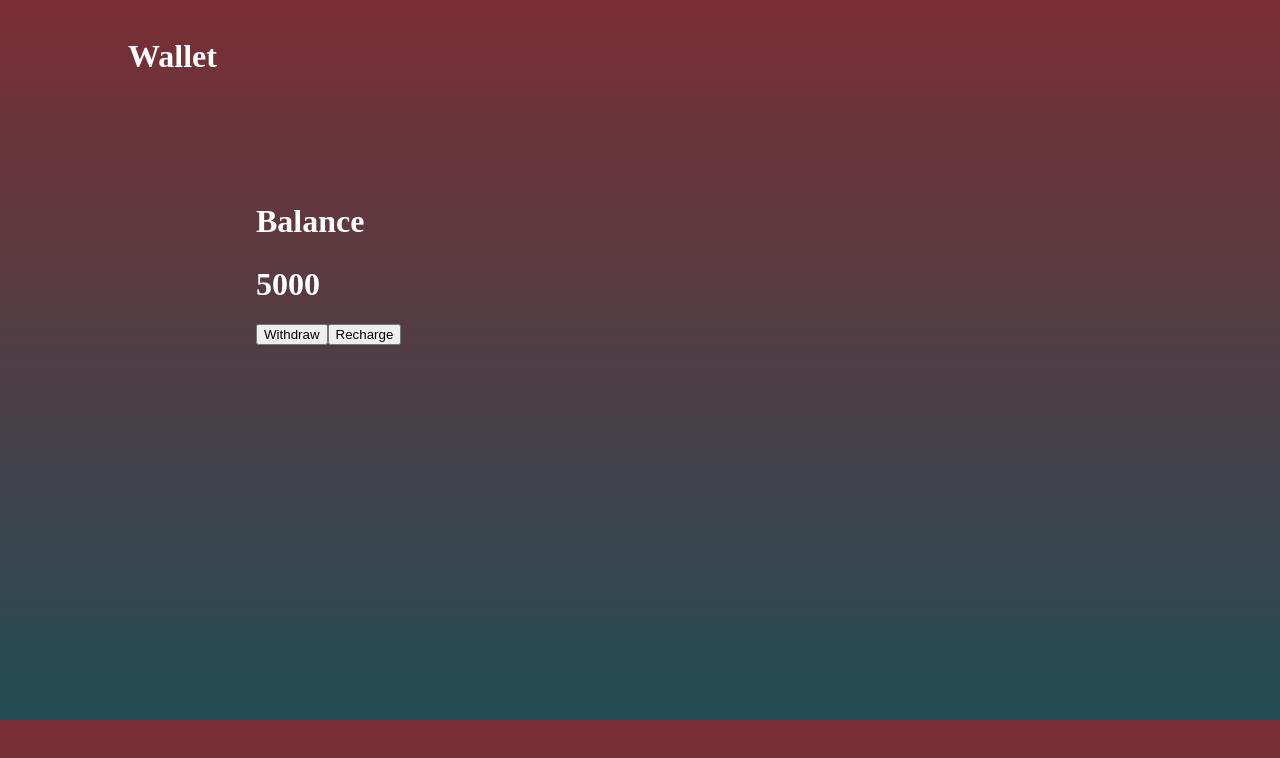
Repository: jagan607/N-Kalari
Page: /
The author's editor kept a copy of each file at every save. The page is drawn from the files as they stood at one save, then again after the next save.
The browser window is 1280 px wide. The pictures show the whole page.
The project was rebuilt for these pictures with package versions that can differ from the ones it lists, and the page was loaded fresh each time. Also part of the build but not shown: src/App.css, src/helpers/firebase.js, src/components/Login/Login.js.

Above is the page before, as saved 2022-01-07 17:22:58.

### src/index.css
body,
html,
.App,
#root,
.main {
  width: 100%;
  height:100%;
  scroll-behavior: smooth;

}
body{
    margin: 0;
    padding: 0;
    text-align: center;
    background-image: linear-gradient(#7A2F35, #234C54);
  }

### src/App.js
import logo from './logo.svg';
import './App.css';
import React, { Component } from "react"
import Login from './components/Login/Login'
import Wallet from './components/wallet/Wallet'
import {history} from './helpers/history'
import {Router, Route, Routes } from "react-router-dom";


class App extends Component {
  constructor(props) {
    super(props);
  }

  render() {
    return(
      <div>
        {/* <Login></Login> */}

        <Wallet></Wallet>

          {/* <Route exact path="/">
          </Route> */}
          {/* <Route exact path="/wallet">
            <Wallet/>
          </Route> */}
     </div>
    );
}
}

export default App;

### src/components/wallet/Wallet.js
import React, { Component } from "react"
import styles from './index.css';

class Wallet extends Component{
    constructor(props){
        super(props);


    }

    render(){
        return(
            <div>
            <div className="balance">
            <h1 className="heading">Wallet</h1>
            <h1 className="balance-heading">Balance </h1>
            <h1 className="balance-value">5000</h1>
            </div>
            <div className="buttons">
                <button>Withdraw</button>
                <button>Recharge</button>

            </div>
            </div>

        )
    }
}
export default Wallet;

### src/components/wallet/index.css
.heading{
    color: white;
    text-align: left;
    margin-left: 10%;
    margin-top: 3%;
}

.balance-heading{
    color :white;
    text-align: left;
    margin-left: 20%;
    margin-top: 10%;
}

.balance-value{
    color :white;
    text-align: left;
    margin-left: 20%;
    margin-top: 2%;
}

.buttons{
    float: left;
    margin-left: 20%;
    padding-right: 2%;

}

Loaded but not shown: public/index.html (common file); src/index.js (common file); src/reportWebVitals.js (common file); src/helpers/history.js (common file)

After the next save:
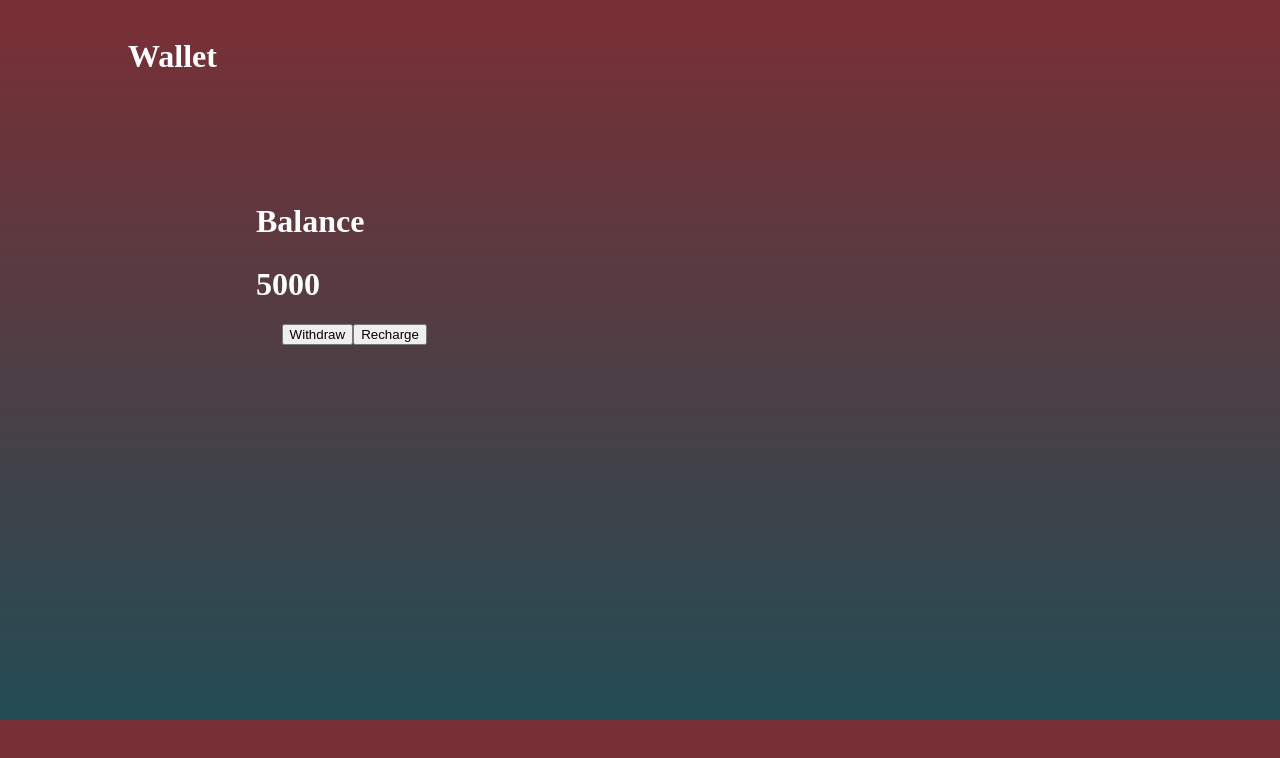
Saved 10 s later.
--- a/src/components/wallet/index.css
+++ b/src/components/wallet/index.css
@@ -22,6 +22,6 @@
 .buttons{
     float: left;
     margin-left: 20%;
-    padding-right: 2%;
+    padding-left: 2%;
 
 }

After the save that followed:
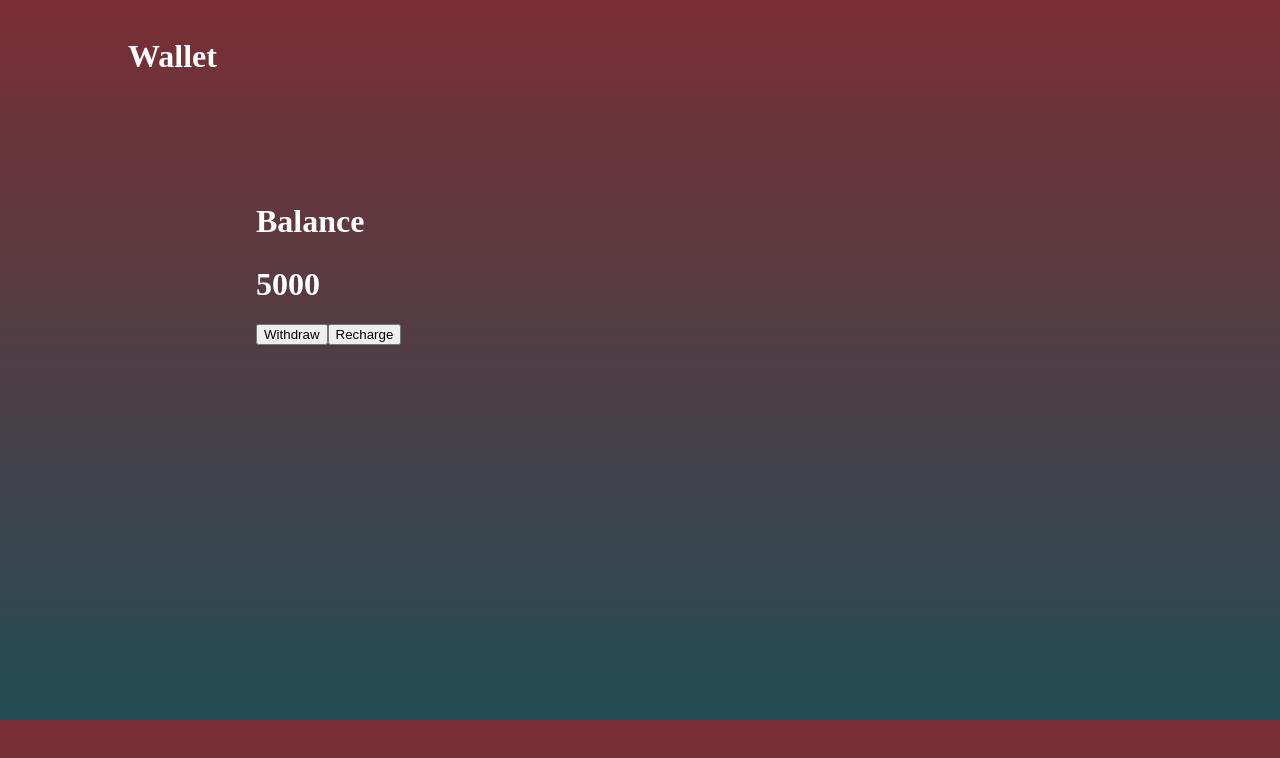
Saved 6 s later.
--- a/src/components/wallet/index.css
+++ b/src/components/wallet/index.css
@@ -22,6 +22,5 @@
 .buttons{
     float: left;
     margin-left: 20%;
-    padding-left: 2%;
 
 }
